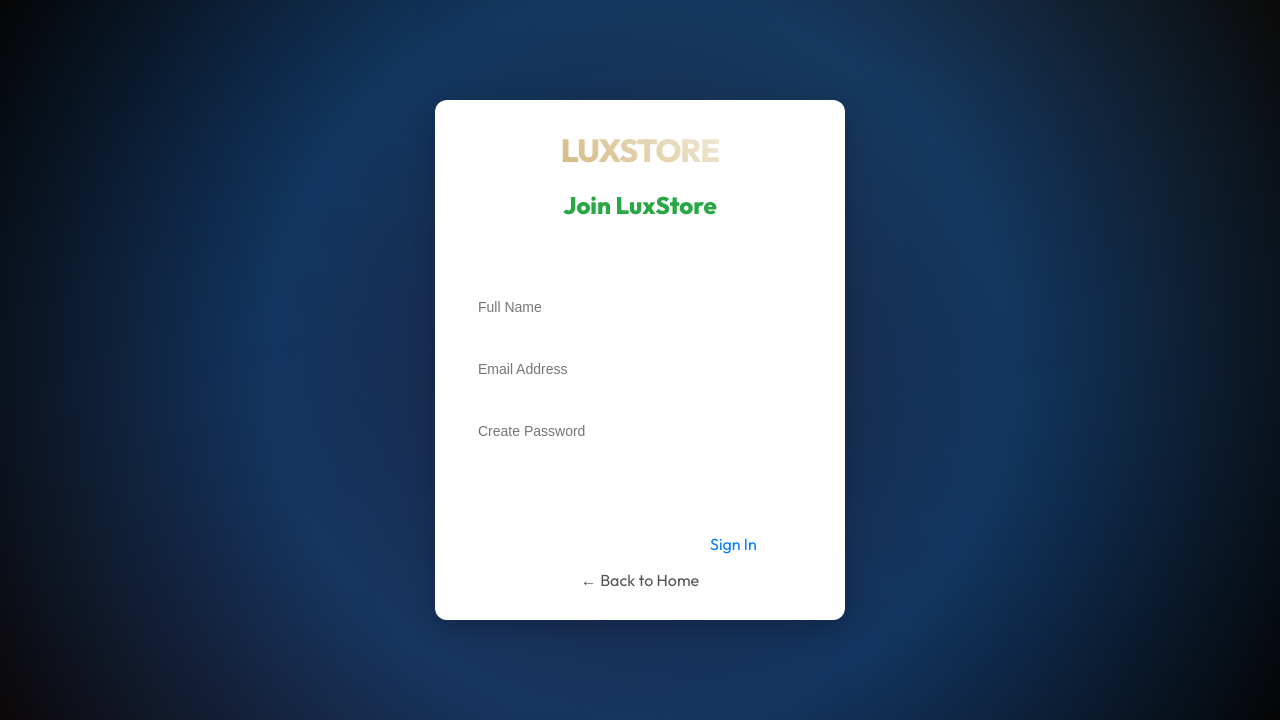
Repository: pradeepkumarh-17/Ecommerce
Page: http://localhost/EcomStore/views/auth/register.jsp
The author's editor kept a copy of each file at every save. The page is drawn from the files as they stood at one save, then again after the next save.
The browser window is 1280 px wide. The pictures show the whole page.
Some web libraries are served in a nearby version. The page is served by Tomcat 10.

Above is the page before, as saved 2026-05-03 07:50:30.

After the next save:
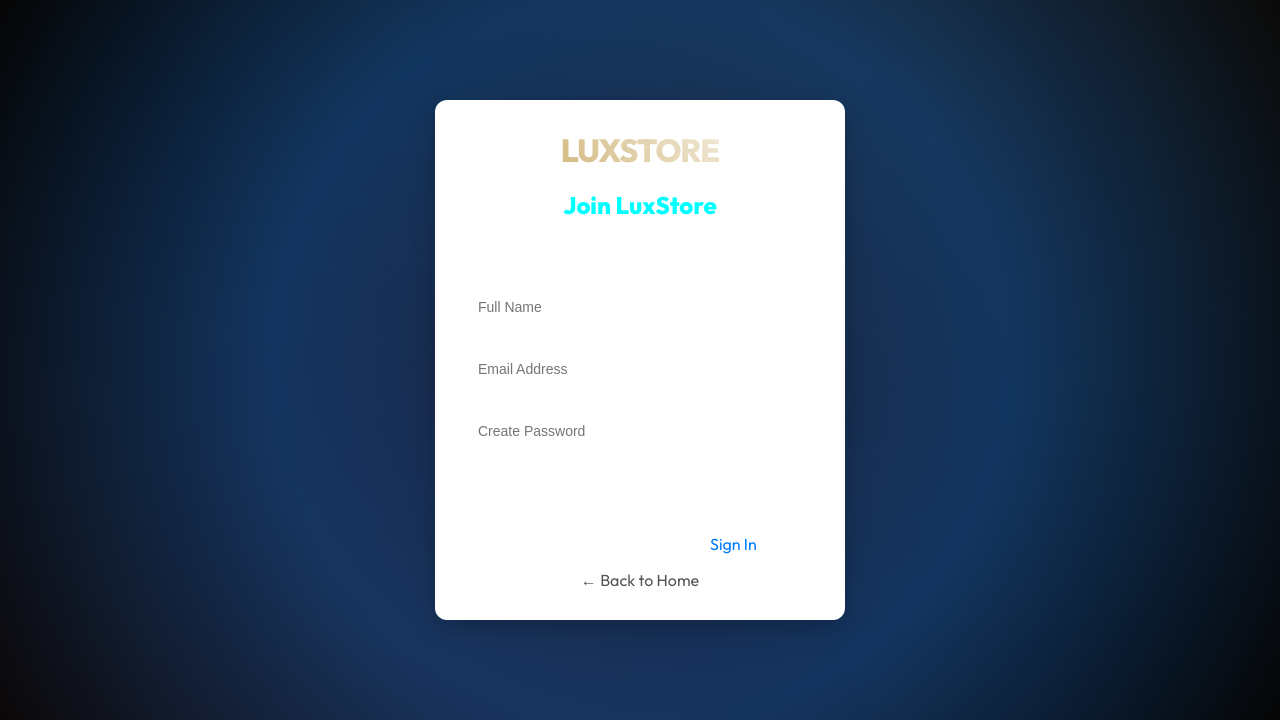
Saved 92 s later.
--- a/EcomStore/src/main/webapp/assets/css/auth.css
+++ b/EcomStore/src/main/webapp/assets/css/auth.css
@@ -26,7 +26,7 @@ body {
 /* TITLE */
 .auth-box h2 {
     margin-bottom: 20px;
-    color:#28a745;
+    color:#00ffff;
 }
 
 /* INPUT */
